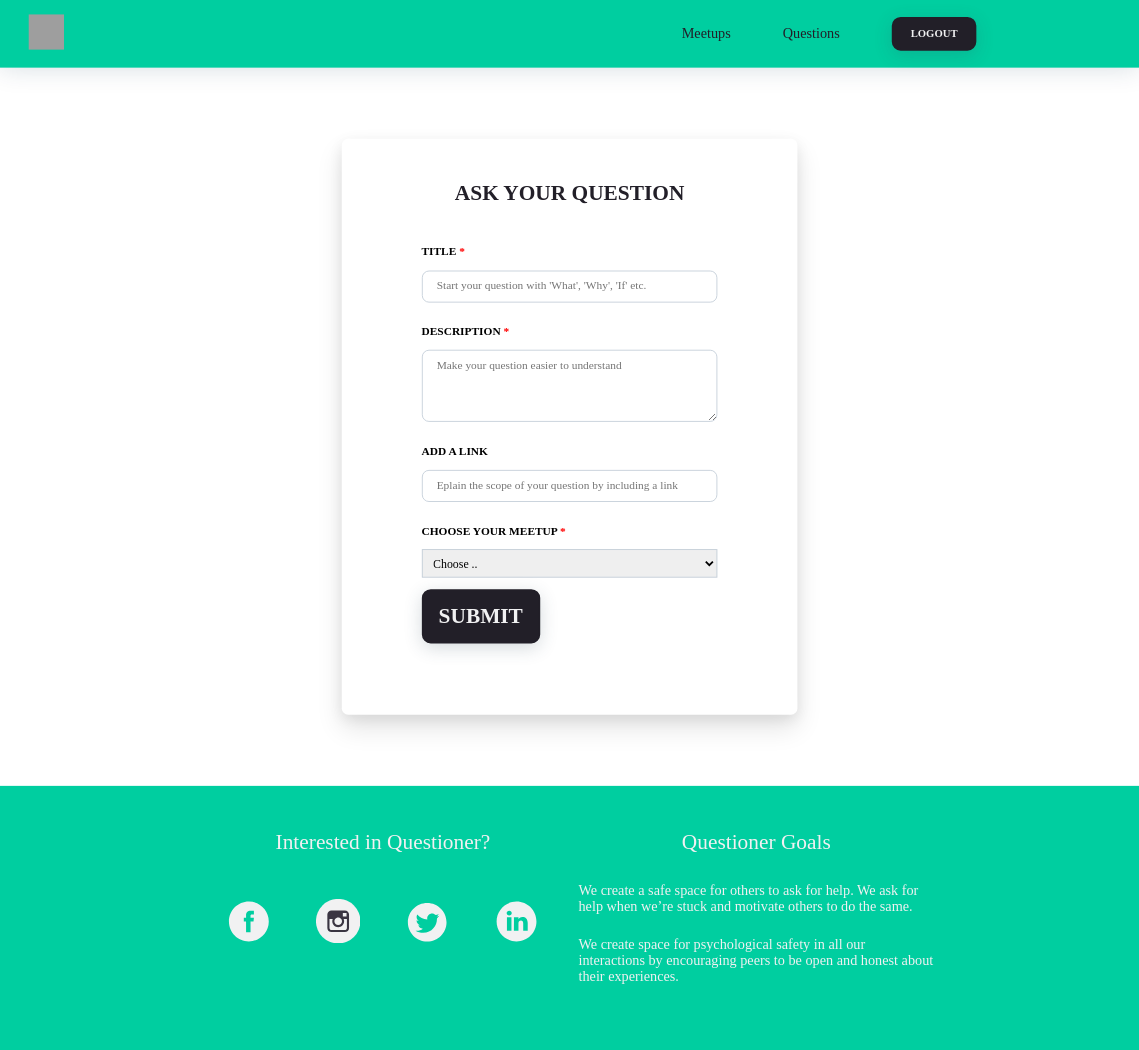
Repository: Gfreedoms/Epic-Mail
Page: pages/post.html
The author's editor kept a copy of each file at every save. The page is drawn from the files as they stood at one save, then again after the next save.
The browser window is 1280 px wide. The pictures show the whole page, at 89% of full size.
Pictures or frames that could not be fetched are drawn as grey boxes. Some web fonts or font styles are not loaded; a fallback is used.

Above is the page before, as saved 2019-02-28 06:53:32.

After the next save:
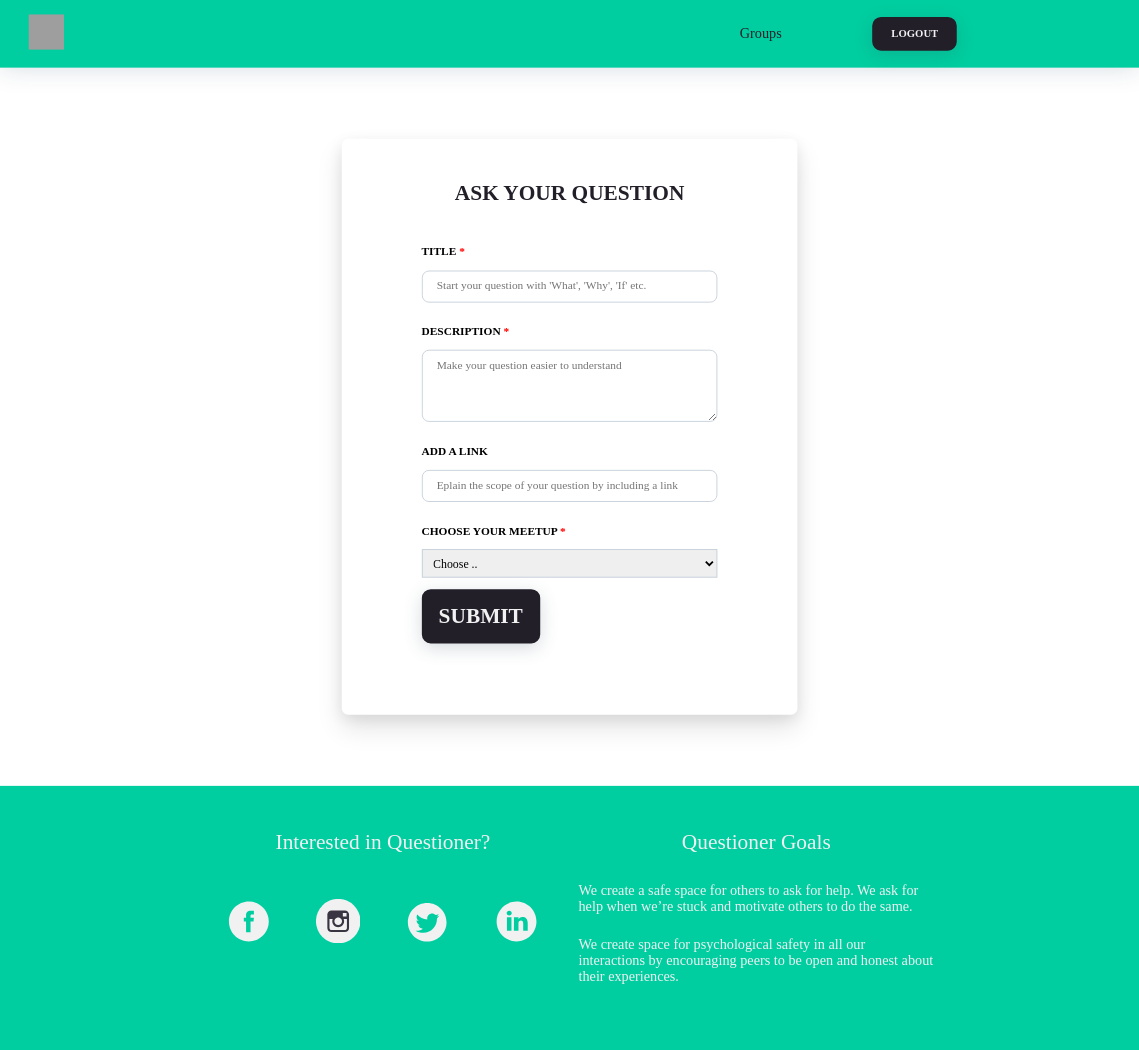
Saved 86 s later.
--- a/pages/post.html
+++ b/pages/post.html
@@ -14,7 +14,7 @@
 	<meta name="theme-color" content="#ffffff">
 	<link rel="stylesheet" href="../styles/base.css">
 	<link rel="stylesheet" href="../styles/format.css">
-	<title>Add Question | QUESTIONER - ANDELA BOOTCAMP</title>
+	<title>Add Question | Epic Mail - ANDELA BOOTCAMP</title>
 </head>
 
 <body>
@@ -26,9 +26,8 @@
 			</a>
 			<ul class="nav-menu">
 				<li class="visibility"><a class="hover-t" href="./login.html">Login</a></li>
-				<li><a class="hover-t" href="./meetup.html">Meetups</a></li>
-				<li><a class="hover-t" href="./questions.html">Questions</a></li>
-				<li><a class="reg-btn box-sh-dark hover-lg" href="../">Logout</a></li>
+				<li><a class="hover-t" href="./groups.html">Groups</a></li>
+				<li><a class="reg-btn box-sh-dark hover-lg" href="../index.html">Logout</a></li>
 			</ul>
 			<a id="menu" href="">
 				<img src="../assets/imgs/menu.svg" alt="">
@@ -39,9 +38,8 @@
 
 	<!-- SideBar Nav -->
 	<ul id="sidebar" class="navbar-side side-hidden">
-		<li><a href="./meetup.html">Meetups</a></li>
-		<li><a href="./questions.html">Questions</a></li>
-		<li><a class="" href="../">Logout</a></li>
+		<li><a href="./groups.html">Groups</a></li>
+		<li><a class="" href="../index.html">Logout</a></li>
 	</ul>
 	<!-- End SideBar Nav -->
 	<section class="container w-auto">
